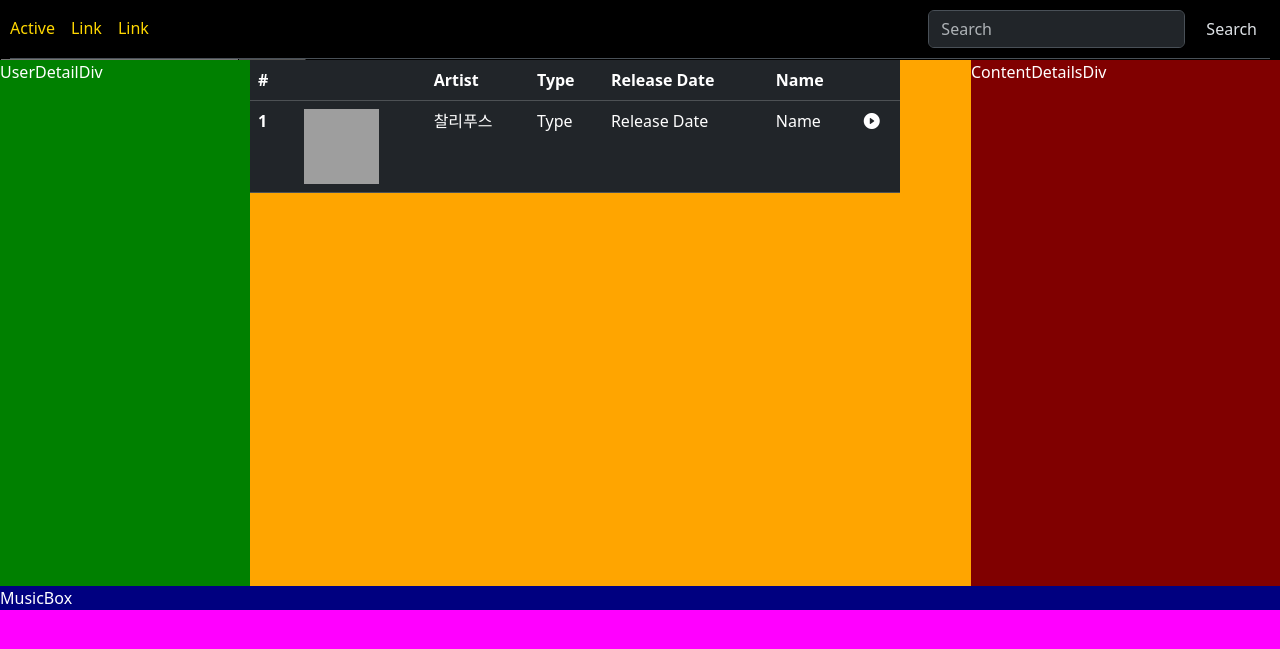
Repository: budflower44/My_Music_Life
Page: http://localhost/my_music_life/WEB-INF/views/mml/main.jsp
These files come from the project's save history. The page is drawn as it stood at one moment and after the next save; the edit follows.
The browser window is 1280 px wide. The pictures show the whole page.
Pictures or frames that could not be fetched are drawn as grey boxes. The page is served by Tomcat 9. Nobody is signed in. Other server files are loaded and not shown. The template is opened directly, without the code that normally fills it, so the values that code supplies are empty.

Above is the page before, as saved 2024-02-15 05:29:21.
Console error: TypeError: Cannot read properties of null (reading 'addEventListener')

### my_music_life/src/main/webapp/WEB-INF/views/mml/main.jsp
<%@ page language="java" contentType="text/html; charset=UTF-8"
    pageEncoding="UTF-8"%>
<!DOCTYPE html>
<html>
<head>
<meta charset="UTF-8">
<title>Insert title here</title>
</head>
<link rel="stylesheet" href="https://cdn.jsdelivr.net/npm/bootstrap-icons@1.10.5/font/bootstrap-icons.css">
<link href="https://cdn.jsdelivr.net/npm/bootstrap@5.3.1/dist/css/bootstrap.min.css" rel="stylesheet" integrity="sha384-4bw+/aepP/YC94hEpVNVgiZdgIC5+VKNBQNGCHeKRQN+PtmoHDEXuppvnDJzQIu9" crossorigin="anonymous">
<script src="https://cdn.jsdelivr.net/npm/@popperjs/core@2.11.8/dist/umd/popper.min.js" integrity="sha384-I7E8VVD/ismYTF4hNIPjVp/Zjvgyol6VFvRkX/vR+Vc4jQkC+hVqc2pM8ODewa9r" crossorigin="anonymous"></script>
<script src="https://cdn.jsdelivr.net/npm/bootstrap@5.3.1/dist/js/bootstrap.min.js" integrity="sha384-Rx+T1VzGupg4BHQYs2gCW9It+akI2MM/mndMCy36UVfodzcJcF0GGLxZIzObiEfa" crossorigin="anonymous"></script>
<style>
body{
	background-color : black;
	color: white;
	padding: 0;
	margin: 0;
}
.parentsDiv{
	height: 100vh;
	width: 100vw;
	display: flex;
	flex-direction: column;
}
.HeaderDiv{
	height: 60px;
}
.MidDiv{
	height: calc(100vh - 214px);
	min-height: calc(100vh - 194px);
	display:flex;
}
.FooterDiv{
	background-color: fuchsia;
	height: 154px;
	padding: 0;
	margin: 0;
	position:sticky;
	top: calc(100vh - 214px);
}
.SearchLineDiv{

}
.UserDetailDiv{
	background-color: green;
	width: 250px;
	min-width: 250px;
}
.ContentsDiv{
	background-color: orange;
	width: 100%;
	height:calc(100vw-550px);
	display: flex;
	justify-content: space-between;
	overflow: scroll;
}
.ContentDiv{
	background-color: lime;
	width: 70%;
	height: calc(100vw-550px);
	overflow: scroll;
	align-items: flex-start;
}
.ContentDetailsDiv{
	background-color: maroon;
	width: 30%;
	min-width: 300px;
	height: 100%
}
.MusicBox{
	background-color: navy;
	padding: 0;
	margin: 0;

}
.searchDiv{
	background-color: black;
	width: 650px;
	height: 75px;
}
.searchDiv img{
	margin-left: 10px;
}
.searchDiv span{
	text-align: center;
}
.playIcon {
	display: inline;
}

.navDiv{
	position:sticky;
	padding-left: 10px;
	padding-right: 10px;
}
.nav-link{
	color: gold;
}
.nav-link:hover {
	color: white;
}
.navbar{
	background-color: black;
}
</style>
<body>
<div class="parentsDiv">
	<div class="HeaderDiv">
		<div class="SearchLineDiv">
				<div class="navDiv">
					<nav class="navbar border-bottom border-body" data-bs-theme="dark">
						<ul class="nav nav-underline justify-content-end">
							<li class="nav-item"><a class="nav-link" aria-current="page" href="#">Active</a></li>
							<li class="nav-item"><a class="nav-link" href="#">Link</a></li>
							<li class="nav-item"><a class="nav-link" href="#">Link</a></li>
						</ul>
						<form class="d-flex" role="search">
        					<input class="form-control me-2 " id="searchKeyword" type="search" placeholder="Search" aria-label="Search">
        					<button class="btn" type="button" id="searchBtn">Search</button>
      					</form>
					</nav>
				</div>
				<input type="text" id="searchKeyword"><button type="button" id="searchBtn">Search</button>
		</div>
	</div>
	<div class="MidDiv">
		<div class="UserDetailDiv">UserDetailDiv</div>
		<div class="ContentsDiv">
			<div class="contentDiv">
				<div class="searchDiv 1" id="MusicBox">
				<table id="SearchBox" class="table table-dark table-hover">
					<tr>
						<th>#<th>
						<th>Artist</th>
						<th>Type</th>
						<th>Release Date</th>
						<th>Name</th>
						<th></th>
					</tr>
					<tr>
						<th>1<th>
						<img alt="" src="https://i.scdn.co/image/ab67616d0000b273a3b39c1651a617bb09800fd8" style="height:75px; width:75px; display:inline;">
						<td>찰리푸스</td>
						<td>Type</td>
						<td>Release Date</td>
						<td>Name</td>
						<td><i class="bi bi-play-circle-fill"></i></th>
					</tr>
				</table>
				</div>
			</div>
			<div class="ContentDetailsDiv">ContentDetailsDiv</div>
		</div>
	</div>
	<div class="FooterDiv">
		<div class="MusicBox" >MusicBox</div>
	</div>
	<div></div>
</div>

<script src="/resources/js/spotifyAPI.js"></script>

</body>
</html>

Loaded but not shown: my_music_life/src/main/webapp/resources/js/spotifyAPI.js (910 lines, source omitted)

After the next save:
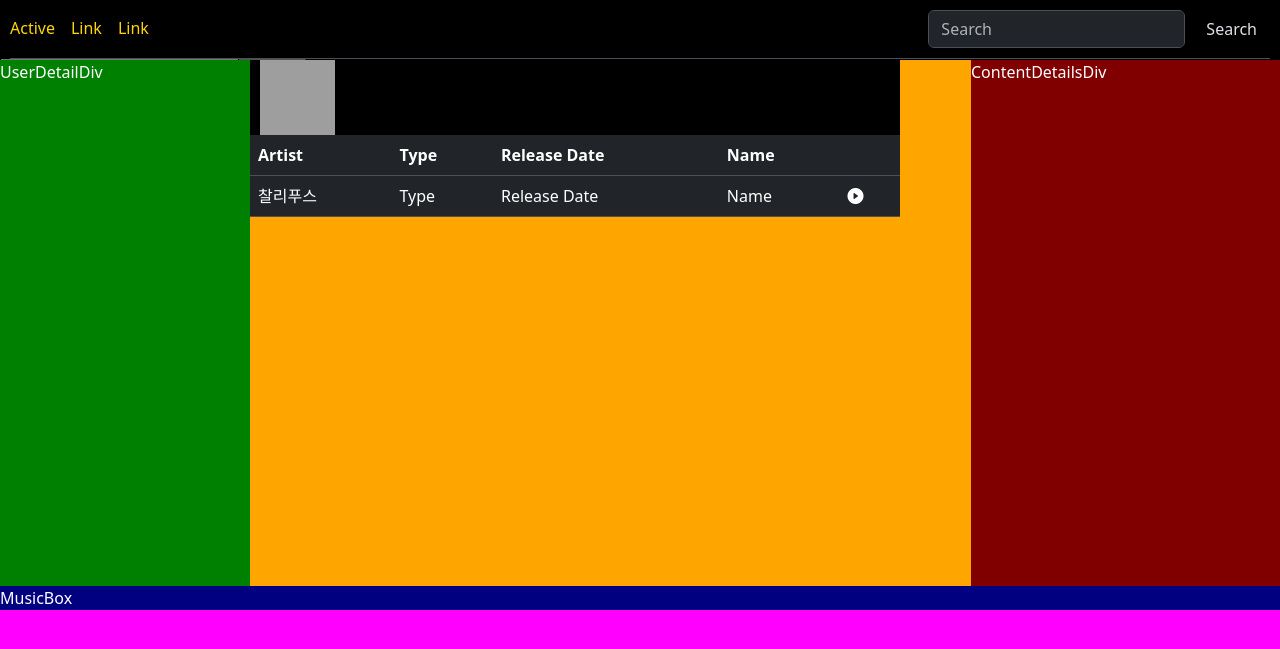
Saved 74 s later.
--- a/my_music_life/src/main/webapp/WEB-INF/views/mml/main.jsp
+++ b/my_music_life/src/main/webapp/WEB-INF/views/mml/main.jsp
@@ -131,7 +131,6 @@
 				<div class="searchDiv 1" id="MusicBox">
 				<table id="SearchBox" class="table table-dark table-hover">
 					<tr>
-						<th>#<th>
 						<th>Artist</th>
 						<th>Type</th>
 						<th>Release Date</th>
@@ -139,7 +138,6 @@
 						<th></th>
 					</tr>
 					<tr>
-						<th>1<th>
 						<img alt="" src="https://i.scdn.co/image/ab67616d0000b273a3b39c1651a617bb09800fd8" style="height:75px; width:75px; display:inline;">
 						<td>찰리푸스</td>
 						<td>Type</td>
